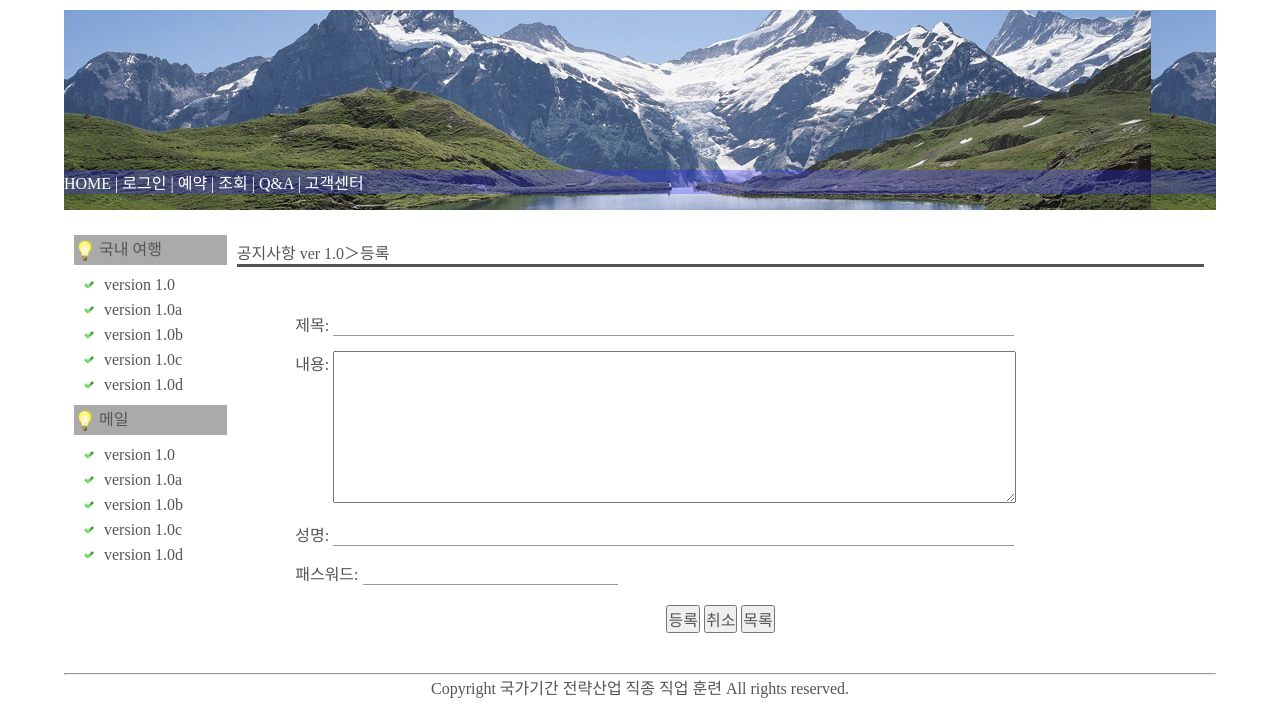
Repository: jangky000/ai_web
Page: http://localhost/blog_v2jc/mail_app/create_form.jsp
The author's editor kept a copy of each file at every save. The page is drawn from the files as they stood at one save, then again after the next save.
The browser window is 1280 px wide. The pictures show the whole page.
The page is served by Tomcat 9. Other server files are loaded and not shown.

Above is the page before, as saved 2020-03-27 05:48:19.

### ws__frame/blog_v2jc/WebContent/mail_app/create_form.jsp
<%@ page contentType="text/html; charset=UTF-8" %>

<%
request.setCharacterEncoding("utf-8");
String root = request.getContextPath();
%>

<!DOCTYPE html>
<html lang="ko">
<head>
<meta charset="UTF-8">
<title>공지사항</title>
<link href="<%=root%>/css/style.css" rel="Stylesheet" type="text/css">
</head>
<body>
<jsp:include page="/menu/top.jsp" flush='false' />
  <div class="title_line">공지사항 ver 1.0＞등록</div>
  <form name='frm' action='./create_proc.jsp' method='POST'>
    <fieldset class="fieldset_basic">
      <!-- <legend class="legend_basic">공지사항 등록</legend> -->
      <ul>
        <li class="li_none">
          <label>제목: </label>
          <input class="input_basic" type="text" name="title" style="width: 80%;" autofocus="autofocus">
        </li>
        <li class="li_none">
          <label style="vertical-align: top;">내용: </label>
          <textarea name="content" style="width: 80%; height: 150px;"></textarea>
        </li>
        <li class="li_none">
          <label>성명: </label>
          <input class="input_basic" type="text" name="rname" style="width: 80%;">
        </li>
        <li class="li_none">
          <label>패스워드: </label>
          <input class="input_basic" type="password" name="passwd" style="width: 30%;">
        </li>
      </ul>
      <div class ="bottom_menu">
        <button type="submit">등록</button>
        <button type="button" onclick="location.href = './list.jsp'">취소</button>
        <button type="button" onclick="location.href = './list.jsp'">목록</button>
      </div>
    </fieldset>

  </form>

<jsp:include page="/menu/bottom.jsp" flush='false' />
</body>
</html>
</html>

### ws__frame/blog_v2jc/WebContent/menu/top.jsp
<%@ page contentType="text/html; charset=UTF-8" %>
<!-- jsp: include를 사용했기 때문에 root로 인한 충돌이 발생하지 않는다. -->
<% String root = request.getContextPath(); %>

<DIV class='container'>
  <DIV class='top_img'>
    <NAV class="top_menu">
      <a href="<%=root %>" class="menu_link">HOME</a> | 로그인 | 예약 | 조회 | Q&A | 고객센터
    </NAV>
  </DIV>

  <DIV style='margin-top: 10px;'> <!-- 좌측 메뉴 + 내용 시작 -->
    <DIV class='left_menu'> <!--  좌측 메뉴 시작 -->
      <div class="li_left_menu_1" >국내 여행</div>
      <UL>
         <!-- 모든 위치에서 동일한 주소를 찾아야하므로, 절대 경로로 설정 -->
        <LI class="li_left_menu_2"><a href="<%= request.getContextPath() %>/notice1/list.jsp">version 1.0</a></LI>
        <LI class="li_left_menu_2"><a href="<%= request.getContextPath() %>/notice1a/list.jsp">version 1.0a</a></LI>
        <LI class="li_left_menu_2"><a href="<%= request.getContextPath() %>/notice1b/list.jsp">version 1.0b</a></LI>
        <LI class="li_left_menu_2"><a href="<%= request.getContextPath() %>/notice1c/list.jsp">version 1.0c</a></LI>
        <LI class="li_left_menu_2"><a href="<%= request.getContextPath() %>/notice1d/list.jsp">version 1.0d</a></LI>
      </UL>
      <!-- br을 쓰는 것보다 margin으로 여백을 주는 것이 낫다 -->
      <div class="li_left_menu_1">메일</div>
      <UL>
        <LI class="li_left_menu_2"><a href="<%= request.getContextPath() %>/mail_app/list.jsp">version 1.0</a></LI>
        <LI class="li_left_menu_2"><a href="<%= request.getContextPath() %>/mail_app1a/list.jsp">version 1.0a</a></LI>
        <LI class="li_left_menu_2"><a href="<%= request.getContextPath() %>/mail_app1b/list.jsp">version 1.0b</a></LI>
        <LI class="li_left_menu_2"><a href="<%= request.getContextPath() %>/mail_app1c/list.jsp">version 1.0c</a></LI>
        <LI class="li_left_menu_2"><a href="<%= request.getContextPath() %>/mail_app1d/list.jsp">version 1.0d</a></LI>
      </UL>

    </DIV>  <!--  좌측 메뉴 종료 -->

    <DIV class='content_body'> <!--  내용 시작 -->

### ws__frame/blog_v2jc/WebContent/menu/bottom.jsp
<%@ page contentType="text/html; charset=UTF-8" %>

    </DIV> <!-- 내용 종료 -->
  </DIV> <!-- 좌측 메뉴 + 내용 종료 -->

  <!-- 화면 하단 메뉴 -->
  <DIV class='copyright'>
    <HR>
    Copyright 국가기간 전략산업 직종 직업 훈련 All rights reserved.
  </DIV>

</DIV> <!-- 컨테이너 종료 -->

### ws__frame/blog_v2jc/WebContent/css/style.css
/* ver 0.2 */
/* 모든 태그에 적용 */
  *{
     font-family: Malgun Gothic;
     font-size: 16px;
     margin: 0px;  /* top right bottom left */
     padding: 0px;
     color: #555555;
  }

  .container {
    width: 90%;
    margin: 10px auto;
  }

  /*
  이미지 경로 지정
  권장하지 않는 방법(절대경로): background-image: url('/blog_v2jc/css/images/top_image.jpg');
  권장하는 방법(상대경로): background-image: url('./images/top_image.jpg');
  style.css 파일이 include(link)되는 폴더를 현재 폴더로 인식함
  /blog_v2jc/css/style.css에서 사용
  /blog_v2jc/css/images/top_image.jpg 인식
   */
  .top_img {
    width: 100%;
    height: 200px;
    /* background-image: url('/blog_v2jc/menu/images/top_image.jpg'); */
    background-image: url('./images/top_image.jpg');
  }

  .top_menu {
    position: relative;  /* 부모 태그 기준 화면 상단 기준 */
    top: 80%;
    /* left: 2px;  */
    background-color: rgba(50, 50, 255, 0.3);
    color: white;
  }

  .left_menu {
    width: 15%;
    float: left;
  }

  .content_body {
    width: 84%;
    float: left;
  }

  .content_bottom {

  }

  .bottom_menu {
    text-align: center;
    margin: 20px auto;
    clear: both;
  }

  .copyright {
    text-align: center;
    margin: 20px auto; /* 블럭 가운데 정렬 */
    clear: both; /*  float: left; 해제 float 효과를 제거 */
  }

  .li_warning{/* 경고 메시지 */
    list-style: none;
    margin: 15px 10px;
    color: #ff6600;
  }

  .li_error{ /* 에러 메시지 */
    list-style: none;
    margin: 15px 10px;
    color: #FF0000;
  }

  .li_none{
    list-style: none;
    margin: 15px 10px;
  }

  .fieldset_basic{
    width:90%;
    margin:10px auto;
    border-top: none;
    border-right: none;
    border-bottom: none;
    border-left: none;
    padding: 10px;
  }

  .legend_basic{
    margin-left:30px;
    border:solid 1px #999999;
    background-color: #A6C2FF;
    color:#FFFFFF;
  }

  input:focus {outline:none;}
  .input_basic{
    border-top: none;
    border-right: none;
    border-bottom: solid 1px #999999;
    border-left: none;
  }

  .title_line{
    text-align:left;
    /* text-decoration: underline; */
    border-bottom: solid 3px #555555;
    width: 100%;
    margin: 20px auto;

  }

  .sub_menu{
    text-align: right;
    width: 100%;
  }

  .table_basic{
    border-collapse: collapse; /* 셀 합치기 */
    margin: 2px auto;
    width: 100%;
  }

  /*
    1em 기본값: 16px, 주변 태그의 글자 크기를 1em으로 인식
    div 태그가 20px일 경우 자식 태그가 0.5em이면 최종적으로 10px이 적용됨.
  */
  .th_basic{
    font-size: 0.8em;
    border-bottom: solid 1px #999999;
  }

  .td_basic{
    background-color: #ffffff;

    border-top: none;
    border-right: none;
    border-bottom: solid 1px #dddddd;
    border-left: none;

    text-align: center;
  }

  .td_left{
    background-color: #ffffff;

    border-top: none;
    border-right: none;
    border-bottom: solid 1px #dddddd;
    border-left: none;

    text-align: left;
  }

  A:link{  /* 방문전 상태 */
    text-decoration: none; /* 밑줄 삭제 */
    color: #555555;
  }

  A:visited{  /* 방문후 상태 */
    text-decoration: none; /* 밑줄 삭제 */
    color: #555555;
  }

  A:hover{  /* A 태그에 마우스가 올라간 상태 */
    text-decoration: underline; /* 밑줄 출력 */
    color: #7777FF;
  }

  A:active{  /* A 태그를 클릭한 상태 */
    text-decoration: underline; /* 밑줄 출력 */
    color: #7777FF;
  }

  /* top menu */
  .menu_link:link{  /* 방문전 상태 */
    text-decoration: none; /* 밑줄 삭제 */
    color: white;
  }

  .menu_link:visited{  /* 방문후 상태 */
    text-decoration: none; /* 밑줄 삭제 */
    color: white;
  }

  .menu_link:hover{  /* A 태그에 마우스가 올라간 상태 */
    text-decoration: underline; /* 밑줄 출력 */
    color: white;
    /* font-weight: bold; */
  }

  .menu_link:active{  /* A 태그를 클릭한 상태 */
    text-decoration: underline; /* 밑줄 출력 */
    color: white;
  }

  .content_title{
    border-top: none;
    border-right: none;
    border-bottom: solid 1px #999999;
    border-left: none;

    margin-bottom: 20px;
  }

  .content_bottom{
    border-top: none;
    border-right: none;
    border-bottom: none;
    border-left: none;
    margin: 20px 0;
    text-align: right;
    font-size: 0.8em;
  }

  .li_left_menu_1{/* 화면 좌측 대분류 */
    list-style: none;
    margin: 15px 10px;
    background: url(./images/li_left_menu_1.png) left center no-repeat; /* url 왼쪽 중간 반복x */
    background-color:#aaaaaa;
    background-size: 22px;
    padding-left: 25px;
    line-height: 30px;
  }

  .li_left_menu_2{/* 화면 좌측 중분류 */
    list-style: none;
    margin: 15px 10px;
    background: url(./images/li_left_menu_2.png) left center no-repeat; /* url 왼쪽 중간 반복x */
    background-size: 10px;
    margin-left: 20px;
    padding-left: 20px;
    line-height: 10px;
  }

After the next save:
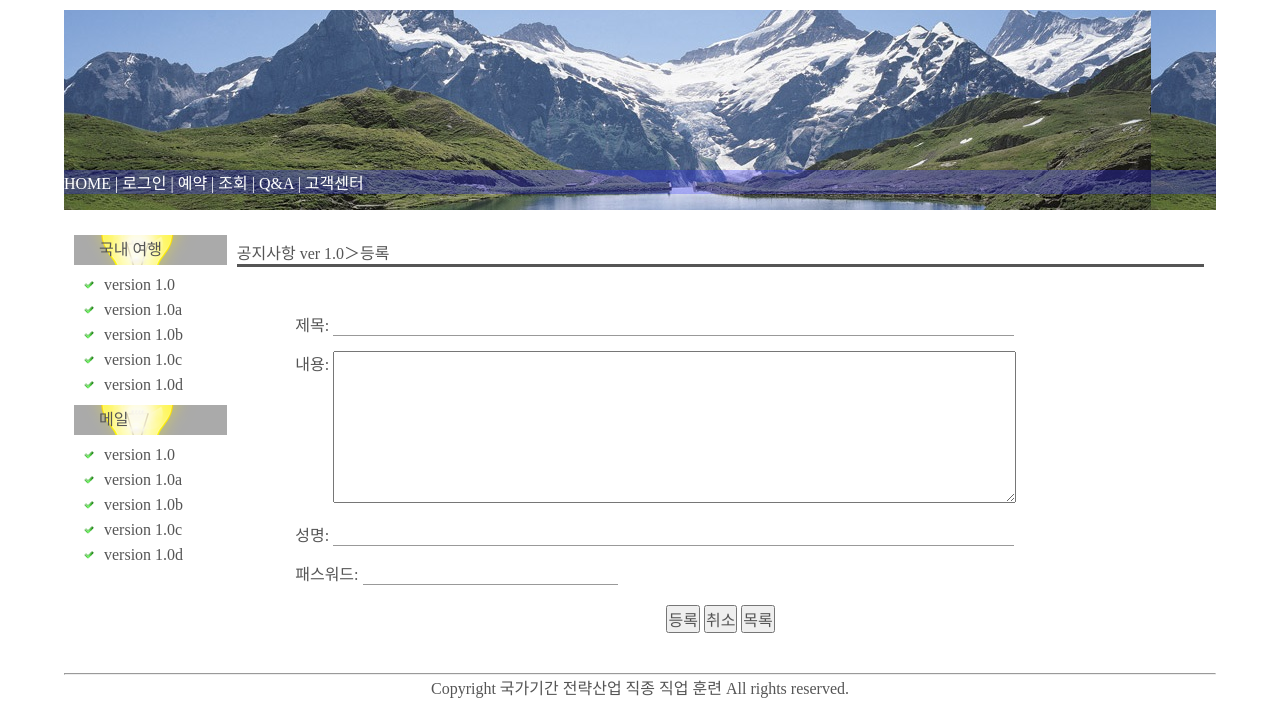
Saved 10 s later.
--- a/ws__frame/blog_v2jc/WebContent/css/style.css
+++ b/ws__frame/blog_v2jc/WebContent/css/style.css
@@ -221,6 +221,7 @@
     margin: 15px 10px;
     background: url(./images/li_left_menu_1.png) left center no-repeat; /* url 왼쪽 중간 반복x */
     background-color:#aaaaaa;
+    border-radius
     background-size: 22px;
     padding-left: 25px;
     line-height: 30px;
